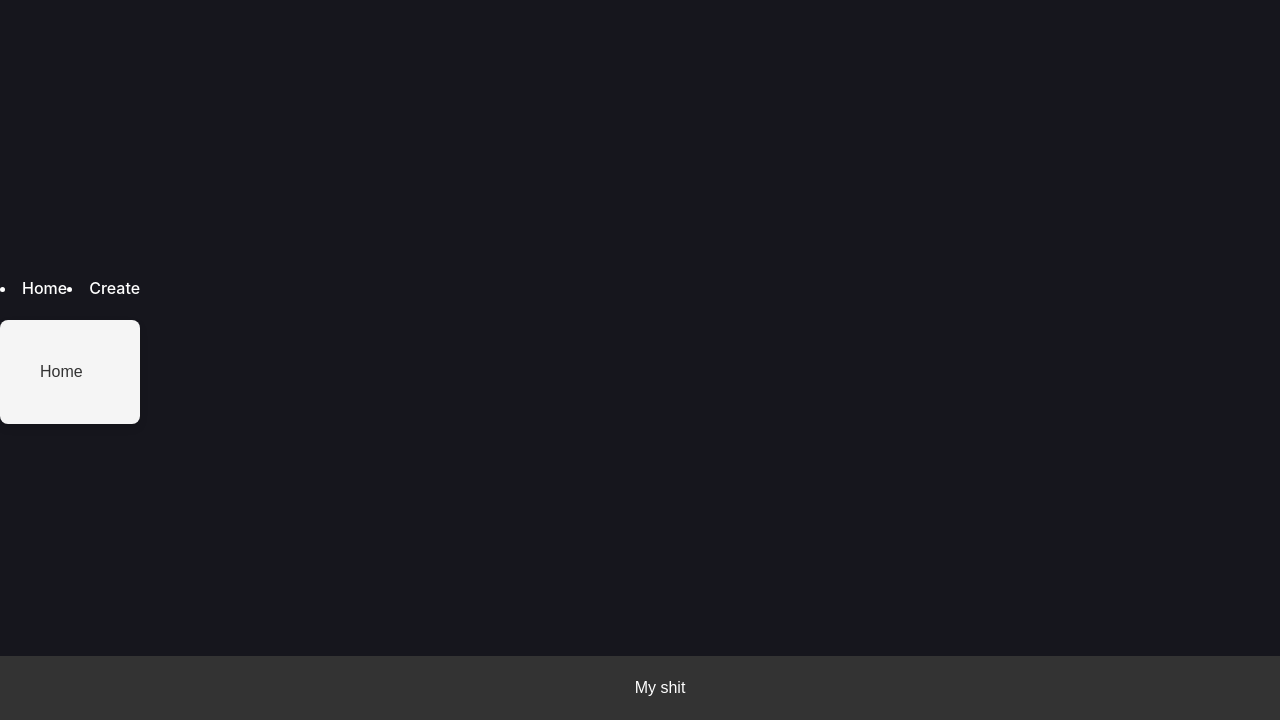
Repository: CarlosFranchN/myReact-supabase
Page: /
An editor plug-in stored every save of this project. The page is shown before and after the next save, followed by the edit.
The browser window is 1280 px wide. The pictures show the whole page.
The project was rebuilt for these pictures with package versions that can differ from the ones it lists, and the page was loaded fresh each time. Also part of the build but not shown: vite.config.js, src/pages/Create/index.jsx.

Above is the page before, as saved 2024-11-14 13:41:12.

### src/App.jsx

import { BrowserRouter, Route, Routes } from 'react-router-dom'
import './App.css'
import { Home } from './pages/Home/Home'
import { Layout } from './components/Layout'
import { Create } from './pages/Create'

function App() {


  return (
    <>
      <BrowserRouter>
        <Routes>
          <Route path='/' element={<Layout/>} >
            <Route index element={<Home/>} />
            <Route path='/create' element={<Create/>} />

          </Route>
        </Routes>
      </BrowserRouter>
    </>
  )
}

export default App

### src/App.css
body {
  background-color: #16161d;
  color: white;
}
section {
  display: grid;
  grid-template-columns: repeat(3, 1fr);
  gap: 10px;
}
section div {
  background-color: #17176b;
  padding: 20px;
  border-radius: 15px;
  margin: 15px;
  color: rgb(255, 255, 255);
}
a {
  text-decoration: none;
  color: rgb(255, 255, 255);
}

### src/pages/Home/Home.jsx
import React from 'react'
import supabase from '../../config/supaBaseClient'


export const Home = () => {
    console.log(supabase)
    return (
    <div>Home</div>
  )
}

### src/components/Layout/index.jsx
import React from 'react'
import { LayoutCabecalho, LayoutFooter, LayoutFooterP, LayoutMain } from './style'
import {Link, Outlet } from 'react-router-dom'
import styled from 'styled-components'

export const Layout = () => {
  return (
    <>
        <nav>
            <LayoutCabecalho>
            <li>
                <Link to={"/"}>Home</Link>
                </li>
                <li>
                <Link to={"/create"}>Create</Link>
                </li>


            </LayoutCabecalho>
        </nav>
        <LayoutMain>
            <Outlet/>
        </LayoutMain>
        <LayoutFooter>
            <LayoutFooterP>My shit</LayoutFooterP>
        </LayoutFooter>
    </>
  )
}

### src/config/supaBaseClient.jsx

import { createClient } from '@supabase/supabase-js'

const supabaseUrl = 'https://ytabyfdnpzqccxsfantj.supabase.co'
const supabaseKey = 'eyJhbGciOiJIUzI1NiIsInR5cCI6IkpXVCJ9.eyJpc3MiOiJzdXBhYmFzZSIsInJlZiI6Inl0YWJ5ZmRucHpxY2N4c2ZhbnRqIiwicm9sZSI6ImFub24iLCJpYXQiOjE3MzE0NjY3MzQsImV4cCI6MjA0NzA0MjczNH0.feVRQBaTaEatsVG9XK4t162-65IogKVRz1hbNMabCec'
const supabase = createClient(supabaseUrl, supabaseKey)

export default supabase

### src/components/Layout/style.jsx
import styled from "styled-components";

export const LayoutCabecalho = styled.header`
  display: flex;
  justify-content: space-between;
  align-items: center;
  width: 100%;

`;

export const LayoutFooter = styled.footer`
     background-color: #333; /* Cor de fundo */
    color: #fff; /* Cor do texto */
    text-align: center; /* Centraliza o texto */
    padding: 20px; /* Espaçamento interno */
    position: fixed; /* Fixa o footer na parte inferior da tela */
    width: 100%; /* Ocupa 100% da largura */
    bottom: 0; /* Fica grudado no final da página */
    font-size: 16px; /* Tamanho da fonte */
    font-family: Arial, sans-serif; /* Fonte */
`
export const LayoutFooterP = styled.p`
     margin: 0;

`

export const LayoutMain = styled.main`
     background-color: #f5f5f5; /* Cor de fundo */
  padding: 40px; /* Espaçamento interno */
  margin: 20px auto; /* Espaçamento externo */
  max-width: 1200px; /* Largura máxima da área de conteúdo */
  border-radius: 8px; /* Bordas arredondadas */
  box-shadow: 0 4px 8px rgba(0, 0, 0, 0.1); /* Sombra leve ao redor */
  font-family: Arial, sans-serif; /* Fonte */
  color: #333; /* Cor do texto */
`

Loaded but not shown: index.html (common file); src/main.jsx (common file); src/index.css (common file)

After the next save:
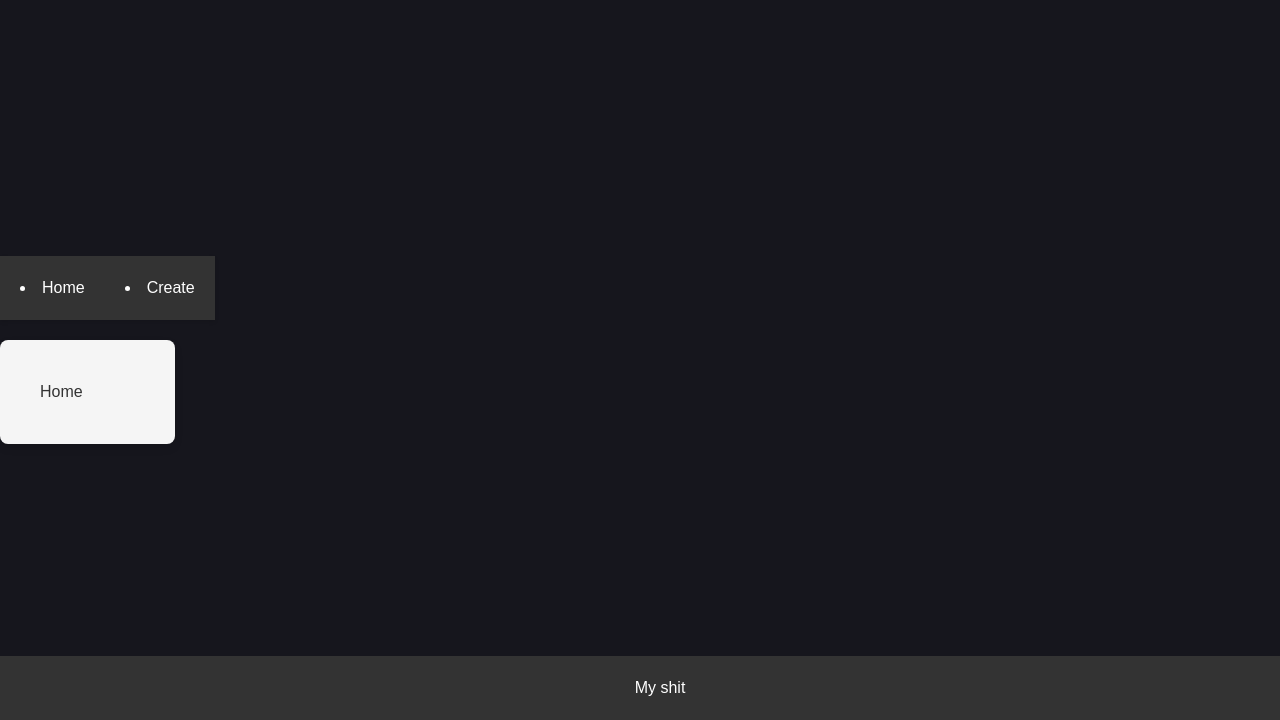
Saved 41 s later.
--- a/src/components/Layout/style.jsx
+++ b/src/components/Layout/style.jsx
@@ -5,7 +5,12 @@ export const LayoutCabecalho = styled.header`
   justify-content: space-between;
   align-items: center;
   width: 100%;
-
+  background-color: #333; /* Cor de fundo escura */
+  color: #fff; /* Cor do texto clara */
+  padding: 20px; /* Espaçamento interno */
+  text-align: center; /* Centralizar o conteúdo */
+  font-family: Arial, sans-serif; /* Fonte padrão */
+  box-shadow: 0 2px 4px rgba(0, 0, 0, 0.1); /* Sombra suave na parte inferior */
 `;
 
 export const LayoutFooter = styled.footer`
